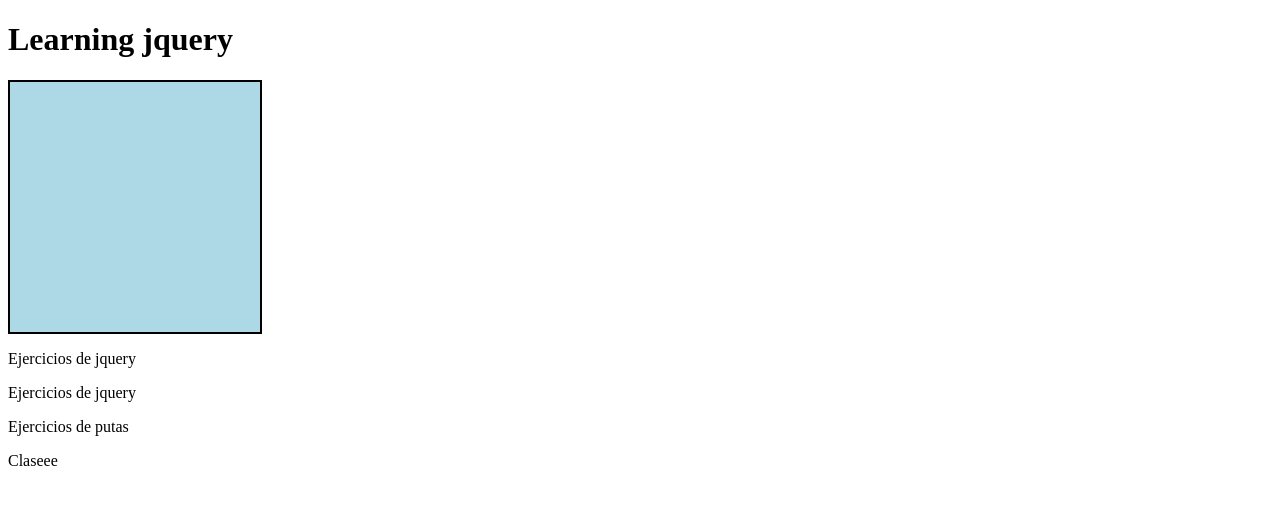
Repository: gitmadacode/practica_javascript
Page: Inicio/jquery/eventos.html
An editor plug-in stored every save of this project. The page is shown before and after the next save, followed by the edit.
The browser window is 1280 px wide. The pictures show the whole page.
The pointer rests on the first visible `#caja`.
Pictures or frames that could not be fetched are drawn as grey boxes.

Above is the page before, as saved 2019-09-13 20:32:39.

### Inicio/jquery/eventos.html
<!DOCTYPE html>
<html lang="en">
<head>
    <meta charset="UTF-8">
    <meta name="viewport" content="width=device-width, initial-scale=1.0">
    <meta http-equiv="X-UA-Compatible" content="ie=edge">
    <!--<script src="https://ajax.googleapis.com/ajax/libs/jquery/3.4.1/jquery.min.js"></script>--->
    <script type="text/javascript" src="../js/jquery.min.js"></script>
    <script type="text/javascript" src="../js/eventos.js"></script>
    <style>
    #caja{
        width: 250px;
        height: 250px;
        border: 2px solid black;
        background: lightblue url("https://vignette.wikia.nocookie.net/bandori/images/d/d8/Pre-2nd_Anniversary_Game_Title_Screen.png/revision/latest?cb=20190306060211") center;

    }
    #caja:hover {
        transition: 300ms all;
        background: lightblue url("") center;
    }


    </style>
    <title>jquery</title>
    <h1>Learning jquery</h1>
    <div id="caja">

    </div>
    <p id="rojo" class="zebra">Ejercicios de jquery</p>
    <p id="amarillo" class="zebra">Ejercicios de jquery</p>
    <p class="zebra">Ejercicios de putas</p>
    <p>Claseee</p>
</head>
<body>

</body>
</html>

### Inicio/js/eventos.js
//Eventos del raton

var boton = document.querySelector("#boton");

Loaded but not shown: Inicio/js/jquery.min.js (library)

After the next save:
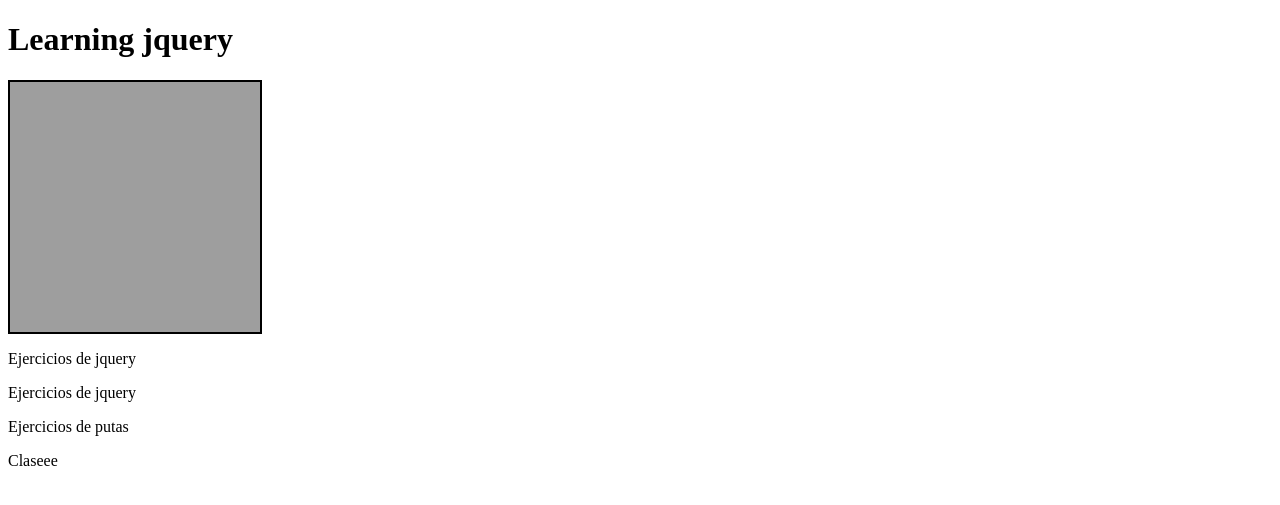
Saved 2 min 28 s later.
--- a/Inicio/jquery/eventos.html
+++ b/Inicio/jquery/eventos.html
@@ -17,7 +17,7 @@
     }
     #caja:hover {
         transition: 300ms all;
-        background: lightblue url("") center;
+        background: lightblue url("https://www.google.com/url?sa=i&source=images&cd=&cad=rja&uact=8&ved=2ahUKEwj97-Se-87kAhUxHLkGHSYEC1cQjRx6BAgBEAQ&url=%2Furl%3Fsa%3Di%26source%3Dimages%26cd%3D%26ved%3D%26url%3Dhttps%253A%252F%252Fwww.tumblr.com%252Ftagged%252Fyukina%252Bminato%252Bicons%26psig%3DAOvVaw25In5bQIfH-j2kUqRyRBVs%26ust%3D1568503874853728&psig=AOvVaw25In5bQIfH-j2kUqRyRBVs&ust=1568503874853728") center;
     }
 
 

After the save that followed:
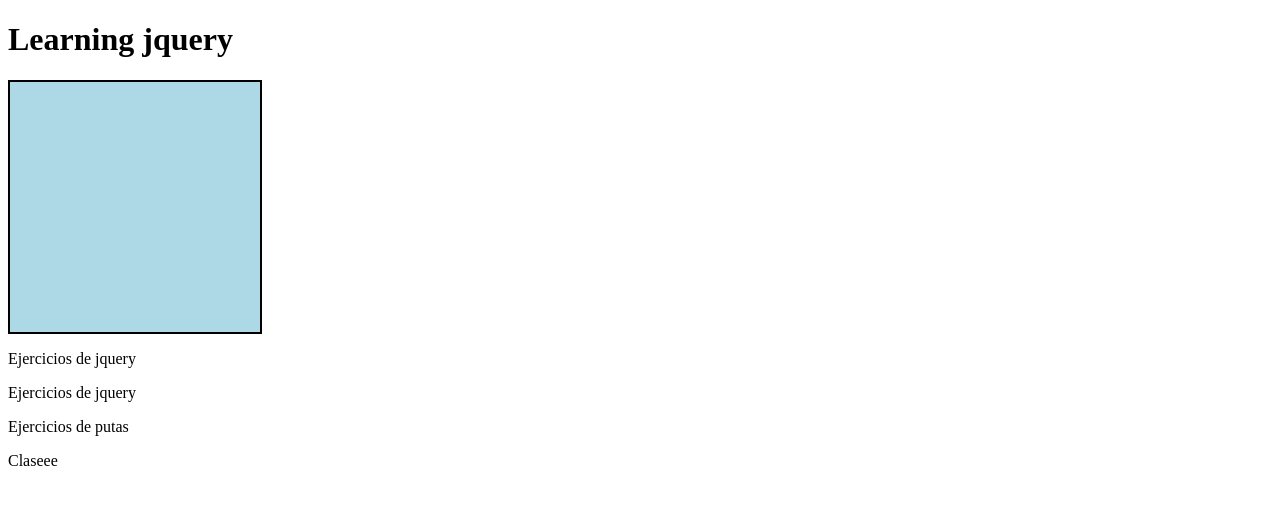
Saved 16 s later.
--- a/Inicio/jquery/eventos.html
+++ b/Inicio/jquery/eventos.html
@@ -17,7 +17,7 @@
     }
     #caja:hover {
         transition: 300ms all;
-        background: lightblue url("https://www.google.com/url?sa=i&source=images&cd=&cad=rja&uact=8&ved=2ahUKEwj97-Se-87kAhUxHLkGHSYEC1cQjRx6BAgBEAQ&url=%2Furl%3Fsa%3Di%26source%3Dimages%26cd%3D%26ved%3D%26url%3Dhttps%253A%252F%252Fwww.tumblr.com%252Ftagged%252Fyukina%252Bminato%252Bicons%26psig%3DAOvVaw25In5bQIfH-j2kUqRyRBVs%26ust%3D1568503874853728&psig=AOvVaw25In5bQIfH-j2kUqRyRBVs&ust=1568503874853728") center;
+        background: lightblue url("") center;
     }
 
 
